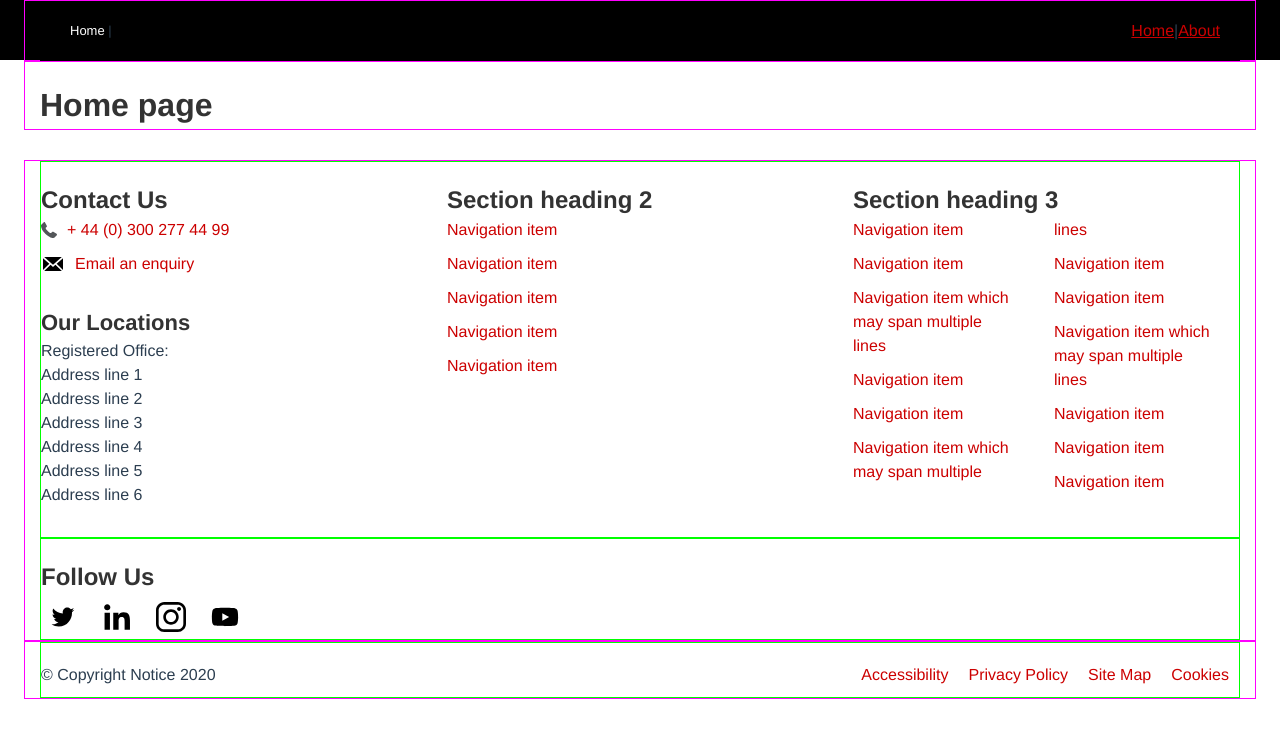
Repository: DaveBaulch/spa
Page: /
These files come from the project's save history. The page is drawn as it stood at one moment and after a run of saves; the edit follows.
The browser window is 1280 px wide. The pictures show the whole page.
The project was rebuilt for these pictures with package versions that can differ from the ones it lists, and the page was loaded fresh each time. Also part of the build but not shown: src/assets/styles/main.css.

Above is the page before, as saved 2020-10-13 12:25:43.

### src/App.vue
<template>
  <div id="app">

    <TheHeader @sidenavToggle="displaySidenav = !displaySidenav" />
    <TheSidenav
      :show="displaySidenav"
      @close="displaySidenav = false" />
    <nuxt/>

    <router-view />

    <TheFooter />

  </div>
</template>

<script>
import TheHeader from './components/global/TheHeader.vue';
import TheSidenav from '@/components/global/TheSidenav'
import TheFooter from '@/components/global/TheFooter'

export default {
  components: {
    TheHeader,
    TheSidenav,
    TheFooter
  },
  data() {
    return {
      displaySidenav: false
    }
  }
};
</script>

<style lang="scss">
#app {
  font-family: Avenir, Helvetica, Arial, sans-serif;
  -webkit-font-smoothing: antialiased;
  -moz-osx-font-smoothing: grayscale;
  text-align: left;
  color: #2c3e50;
}

#nav {
  padding: 30px;

  a {
    font-weight: bold;
    color: #2c3e50;

    &.router-link-exact-active {
      color: #42b983;
    }
  }
}
</style>

### src/assets/sass/_base-styles.scss

@import 'utilities/variables';
@import 'utilities/mixins';
@import 'utilities/animations';

@import 'base/fonts';
@import 'base/resets';
@import 'base/elements';
@import 'base/typography';
@import 'base/forms';

@import 'helpers/text';
@import 'helpers/layout';
@import 'helpers/spacing';
@import 'helpers/colors';

### src/components/global/TheHeader.vue
<template>
<div class="header-container">
  <div class="container">
    <header class="the-header">
      <TheSideNavToggle @toggle="$emit('sidenavToggle')" />
      <div class="logo">
        <router-link to="/">Home</router-link> |
      </div>
      <div class="navigation-items">
        <ul class="nav-list">
          <router-link to="/">Home</router-link> |
          <router-link to="/about">About</router-link>
        </ul>
      </div>
    </header>
  </div>
</div>
</template>

<script>
import TheSideNavToggle from "@/components/global/TheSideNavToggle";

export default {
  name: "TheHeader",
  components: {
    TheSideNavToggle
  }
};
</script>

<style scoped lang="scss">
@import '../../assets/sass/utilities/_variables.scss';
@import '../../assets/sass/utilities/_mixins.scss';


.header-container {
  width: 100%;
  height: 60px;
  background-color: $black;
  position: fixed;
  z-index: 100;

  @include breakpoint(md) {
    position: relative;
  }
}

.the-header {
  width: 100%;
  height: 60px;
  display: flex;
  justify-content: space-between;
  align-items: center;
  background-color: $black;
  box-sizing: border-box;
  padding: 0 20px;
}

@include breakpoint(md) {
  .the-header {
    position: relative;
  }
}

.logo {
  margin: 0 10px;
  font-size: 1.3rem;
}

.logo a {
  text-decoration: none;
  color: $white;
}

.navigation-items {
  display: none;
}

@include breakpoint(md) {
  .navigation-items {
    display: block;
  }
}

.nav-list {
  list-style: none;
  padding: 0;
  margin: 0;
  display: flex;
}

.nav-item {
  margin: 0 10px;
}

.nav-item a {
  text-decoration: none;
  color: $white;
}

</style>

### src/components/global/TheSidenav.vue
<template>
<div class="sidenav-container">
  <div
    v-if="show"
    class="sidenav-backdrop"
    @click="$emit('close')"></div>
  <transition name="slide-side">
    <div
      v-if="show"
      class="sidenav">
      <ul
        class="nav-list"
        @click="$emit('close')">
        <li class="nav-item"><router-link to="/">Home</router-link></li>
        <li class="nav-item"><router-link to="/about">About</router-link></li>
      </ul>
    </div>
  </transition>
</div>
</template>

<script>
export default {
  name: "TheSidenav",
  props: {
    show: {
      type: Boolean,
      default: false
    }
  }
};
</script>


<style scoped>
.sidenav-container {
  height: 100%;
  width: 100%;
}

.sidenav-backdrop {
  width: 100%;
  height: 100%;
  background-color: rgba(0, 0, 0, 0.7);
  z-index: 1000;
  position: fixed;
  top: 0;
  left: 0;
}

.sidenav {
  height: 100%;
  width: 300px;
  background-color: white;
  z-index: 10000;
  position: fixed;
  top: 0;
  left: 0;
  box-sizing: border-box;
  padding: 30px;
}

.slide-side-enter-active,
.slide-side-leave-active {
  transition: all 0.3s ease-out;
}
.slide-side-enter,
.slide-side-leave-to {
  transform: translateX(-100%);
}

.nav-list {
  list-style: none;
  padding: 0;
  margin: 0;
}

.nav-item {
  margin: 20px 0;
}

.nav-item a {
  text-decoration: none;
  color: black;
  font-size: 1.5rem;
}

.nav-item a:hover,
.nav-item a:active {
  color: red;
}
</style>

### src/components/global/TheFooter.vue
<template>
    <div class="footer-wrapper">

      <footer class="footer" id="footer" role="contentinfo">

        <div class="container">

          <div class="row">

            <div class="footer__col footer__col--1">

              <div class="footer__sub1">
                <h2>Contact Us</h2>

                <nav aria-label="Contact items">

                  <ul class="footer-nav">

                    <li class="footer-nav__item">
                      <img src="@/assets/images/svg/icon-phone.svg" class="footer-nav__item-icon" />
                      <a href="tel:+44(0)3002774499" class="footer-nav__link">+ 44 (0) 300 277 44 99</a>
                    </li>

                    <li class="footer-nav__item">
                      <img src="@/assets/images/svg/icon-mail.svg" class="footer-nav__item-icon" />
                      <a href="mailto:" class="footer-nav__link">Email an enquiry</a>
                    </li>

                  </ul>

                </nav>

              </div>

              <div class="footer__sub2">
                <h3>Our Locations</h3>
                Registered Office:<br>
                Address line 1<br>
                Address line 2<br>
                Address line 3<br>
                Address line 4<br>
                Address line 5<br>
                Address line 6<br>
              </div>

            </div>

            <div class="footer__col footer__col--2">

              <h2>Section heading 2</h2>
              <nav aria-label="Section heading 2 Navigation">
                <ol class="footer-nav">
                  <li class="footer-nav__item">
                    <a href="" class="footer-nav__link">Navigation item</a>
                  </li>
                  <li class="footer-nav__item">
                    <a href="" class="footer-nav__link">Navigation item</a>
                  </li>
                  <li class="footer-nav__item">
                    <a href="" class="footer-nav__link">Navigation item</a>
                  </li>
                  <li class="footer-nav__item">
                    <a href="" class="footer-nav__link">Navigation item</a>
                  </li>
                  <li class="footer-nav__item">
                    <a href="" class="footer-nav__link">Navigation item</a>
                  </li>
                </ol>
              </nav>

            </div>

            <div class="footer__col footer__col--3">

              <h2>Section heading 3</h2>
              <nav aria-label="Section heading 3 Navigation">
                <ol class="footer-nav footer-nav--2col">
                  <li class="footer-nav__item">
                    <a href="" class="footer-nav__link">Navigation item</a>
                  </li>
                  <li class="footer-nav__item">
                    <a href="" class="footer-nav__link">Navigation item</a>
                  </li>
                  <li class="footer-nav__item">
                    <a href="" class="footer-nav__link">Navigation item which may span multiple lines</a>
                  </li>
                  <li class="footer-nav__item">
                    <a href="" class="footer-nav__link">Navigation item</a>
                  </li>
                  <li class="footer-nav__item">
                    <a href="" class="footer-nav__link">Navigation item</a>
                  </li>
                  <li class="footer-nav__item">
                    <a href="" class="footer-nav__link">Navigation item which may span multiple lines</a>
                  </li>
                  <li class="footer-nav__item">
                    <a href="" class="footer-nav__link">Navigation item</a>
                  </li>
                  <li class="footer-nav__item">
                    <a href="" class="footer-nav__link">Navigation item</a>
                  </li>
                  <li class="footer-nav__item">
                    <a href="" class="footer-nav__link">Navigation item which may span multiple lines</a>
                  </li>
                  <li class="footer-nav__item">
                    <a href="" class="footer-nav__link">Navigation item</a>
                  </li>
                  <li class="footer-nav__item">
                    <a href="" class="footer-nav__link">Navigation item</a>
                  </li>
                  <li class="footer-nav__item">
                    <a href="" class="footer-nav__link">Navigation item</a>
                  </li>
                </ol>
              </nav>

            </div>

          </div>

          <div class="row">

            <TheSocialSharing />

          </div>

        </div>


        <div class="container">

          <div class="row">

            <div class="copyright-notice-wrapper">
              <p class="copyright-notice">&copy; Copyright Notice 2020</p>
            </div>

            <div class="footer-links-wrapper">

              <ul class="footer-links">
                <li class="footer-links__item"><a href="/contact-us/" class="footer-links__link">Accessibility</a></li>
                <li class="footer-links__item"><a href="/privacy-policy/" class="footer-links__link">Privacy Policy</a></li>
                <li class="footer-links__item"><a href="/site-map/" class="footer-links__link">Site Map</a></li>
                <li class="footer-links__item"><a href="/faqs/" class="footer-links__link">Cookies</a></li>
              </ul>

            </div>

          </div>

        </div>

      </footer>

    </div>
</template>

<script>
import TheSocialSharing from '@/components/global/TheSocialSharing.vue';

export default {
  name: "TheFooter",
  components: {
    TheSocialSharing
  }
};
</script>


<style scoped lang="scss">
@import '../../assets/sass/utilities/_variables.scss';
@import '../../assets/sass/utilities/_mixins.scss';

footer-wrapper {
  background-color: $grey-lighter;
}

.footer {
  margin: 0 auto;
  padding: 3rem 0;
}

.footer__col {
  margin: 0 0 2rem 0;
}

.footer__col--1 {
  grid-column: 1 / 13;

  @include breakpoint(sm) {
    grid-column: 1 / 7;
  }

  @include breakpoint(lg) {
    grid-column: 1 / 5;
  }
}

.footer__col--2 {
  grid-column: 1 / 13;

  @include breakpoint(sm) {
   grid-column: 7 / 13;
  }

  @include breakpoint(lg) {
    grid-column: 5 / 9;
  }
}

.footer__col--3 {
  grid-column: 1 / 13;

  @include breakpoint(lg) {
    grid-column: 9 / 13;
  }
}

.footer__sub1 {
  margin: 0 0 3rem 0;
}

.footer__sub2 {
  margin: 0 0 1rem 0;
}

// footer nav lists
.footer-nav {
  margin: 0 auto;
  list-style: none;
}

.footer-nav__item {
  margin: 0 0 1rem 0;
  padding: 0;
  display: flex;
}

.footer-nav__item-icon {
  margin-right: 1rem;
}

.footer-nav__link {
  text-decoration: none;

  &:hover,
  &:focus {
    color: $color-link-hover;
    text-decoration: underline;
  }
}

.footer-nav--2col {

  @include breakpoint(md) {
    column-count: 2;
  }

  .footer-nav__item {
    @include breakpoint(md) {
      padding: 0 2rem 0 0;
    }
  }

  .footer-nav__item-icon {
    margin-right: 1rem;
  }
}

.copyright-notice-wrapper{
  grid-column: 1 / 13;

  @include breakpoint(lg) {
    grid-column: 1 / 4;
  }
}


.footer-links-wrapper {
  grid-column: 1 / 13;

  @include breakpoint(lg) {
    grid-column: 4 / 13;
  }
}

.footer-links {
  margin: 0 auto;
  list-style: none;

  @include breakpoint(lg) {
    display: flex;
    justify-content: flex-end;
    margin-top: 2rem;
  }
}

.footer-links__item {
  margin: 0 1rem 1rem 1rem;
}

.footer-links__link {
  display: block;
  text-decoration: none;

  &:hover,
  &:focus {
    color: $color-link-hover;
    text-decoration: underline;
  }
}

</style>

### src/views/Home.vue
<template>
  <div class="container home">
    <!-- <img alt="Vue logo" src="../assets/logo.png" />
    <HelloWorld msg="Welcome to Your Vue.js App" /> -->
    <h1>Home page</h1>
  </div>
</template>

<script>
// @ is an alias to /src
// import HelloWorld from "@/components/HelloWorld.vue";

export default {
  name: "Home",
  components: {
    // HelloWorld
  }
};
</script>

### src/assets/sass/utilities/_variables.scss
// -------------------------
// 'true' is default
//  setting this creates extra responsive classes targetting defined breakpoints
//  eg the 'visually-hidden' mixin
$responsive: true !default;

// Custom 'brand' fonts
$font: 'Open Sans', sans-serif; //Available weights 400,600,700

$font-weight-light: 400;
$font-weight-normal: 400;
$font-weight-bold: 700;

// Let's set the base font size to 62.5% (10px) for easier calculations
$base-font-size: 62.5%;
$base-line-height: 1.5 !default;

$body-font-desktop: 1.6rem; // = 16px
$body-font-mobile: 1.6rem; // = 16px

// Breakpoints
// -------------------------

// Named breakpoints
$breakpoint-xs: 320px;
$breakpoint-sm: 576px;
$breakpoint-md: 768px;
$breakpoint-lg: 992px;
$breakpoint-xl: 1200px;

$xs-min: 0;
$xs-max: ($breakpoint-sm - 1);

$sm-min: $breakpoint-sm;
$sm-max: ($breakpoint-md - 1);

$md-min: $breakpoint-md;
$md-max: ($breakpoint-lg - 1);

$lg-min: $breakpoint-lg;
$lg-max: ($breakpoint-xl - 1);

$xl-min: $breakpoint-xl;

// Colors
// -------------------------

// Base colors
$white: #fff;
$black: #000;

$grey-dark: #616161;
$grey-light: #ddd;
$grey-lighter: #eee;

$blue: #06c;
$green: #298700;
$red: #db1731;

// Background color
$body-bg-color: #fff !default;

// Brand colors
$brand-color-1: $grey-light;

// Text colors
$color-text: #333;
$color-headings: #333;
$color-error: #eee;

// Link colors
$color-link-active: #c00;
$color-link-visited: #c00;
$color-link-hover: #333;
$color-link-focus: #d4d4d4;
$color-link-disabled: #d4d4d4;

// Form colors
$color-invalid: #f0dddd;

// Borders
// -------------------------

// Border colors
$color-border: $grey-light;
$color-border-dark: $grey-dark;
$color-border-light: $grey-lighter;

// Border styling
$border-radius: 5px;
$border-width: 1px;
$border-style: solid;
$border-color: $color-border;

$border: $border-width $border-style $border-color;

// Focus state styling
$focus-outline-width: 2px;
$focus-outline-style: solid;
$focus-outline-color: $red;
$focus-outline: $focus-outline-width $focus-outline-style $focus-outline-color;
$focus-outline-offset: 0;

// Default projext transitions
$transition-speed: 0.4s;
$transition-easing: ease;

// some different speed variables
$transition-speed-slow: 1.2s;
$transition-speed-medium: 0.8s;
$transition-speed-fast: 0.2s;

// z-index scale (private vars)
// Do not edit the z-index scale!
// --------------------------------------------------
$z-index-1: 100;
$z-index-2: 200;
$z-index-3: 300;
$z-index-4: 400;
$z-index-5: 500;
$z-index-6: 600;
$z-index-7: 700;
$z-index-8: 800;
$z-index-9: 900;
$z-index-10: 1000;

### src/assets/sass/utilities/_mixins.scss
@mixin fill {
  width: 100%;
  height: 100%;
}

@mixin imageCover {
  object-fit: cover;
  @include fill;
}

@mixin absoluteFill {
  display: block;
  position: absolute;
  top: 0;
  left: 0;
  @include fill;
}

@mixin textGradient($top: $brand-primary, $bottom: $brand-light) {
  background: linear-gradient($top, $bottom);
  background-clip: text;
  -webkit-text-fill-color: transparent;
}

// accessible text
@mixin sr-only {
  border: 0 !important;

  height: 1px !important;
  margin: (-1px) !important;
  overflow: hidden !important;
  padding: 0 !important;
  position: absolute !important;
  width: 1px !important;
}

// breakpoints
// uses breakpoints defined in variables.scss
@mixin breakpoint($point, $value: 0) {
  @if $point==xs {
    @media screen and (max-width: $xs-max) {
      @content;
    }
  } @else if $point==sm {
    @media screen and (min-width: $sm-min) {
      @content;
    }
  } @else if $point==md {
    @media screen and (min-width: $md-min) {
      @content;
    }
  } @else if $point==lg {
    @media screen and (min-width: $lg-min) {
      @content;
    }
  } @else if $point==xl {
    @media screen and (min-width: $xl-min) {
      @content;
    }
  } @else {
    @media screen and ($point: $value) {
      @content;
    }
  }
}

@mixin between-breakpoints($min, $max) {
  @media screen and (min-width: $min) and (max-width: $max) {
    @content;
  }
}

@mixin full-width {
  width: 100vw;
  position: relative;
  left: 50%;
  right: 50%;
  margin-left: -50vw;
  margin-right: -50vw;
}

### src/assets/sass/utilities/_animations.scss
@keyframes fadeIn {
    from {
      opacity: 0;
      visibility: hidden;
    }
    to {
      opacity: 1;
      visibility: visible;
    }
  }

@keyframes fadeOut {
    from {
      opacity: 1;
      visibility: visible;
    }
    to {
      opacity: 0;
      visibility: hidden;
    }
  }

@keyframes slideTop {
  0% {
    transform: translateY(100px);
  }
  100% {
    transform: translateY(0);
  }
}

@mixin fadeIn($duration: 0.3s) {
  animation: {
    name: fadeIn;
    fill-mode: forwards;
    duration: #{$duration};
  }
}

@mixin fadeOut($duration: 0.3s) {
  animation: {
    name: fadeOut;
    fill-mode: forwards;
    duration: #{$duration};
  }
}

### src/assets/sass/base/_fonts.scss
// @font-face {
//   font-family: 'hurme';
//   src: url('~assets/fonts/hurme/hurme-light.otf') format('opentype');
//   font-weight: $font-weight-light;
// }

// @font-face {
//   font-family: 'hurme';
//   src: url('~assets/fonts/hurme/hurme-regular.otf') format('opentype');
//   font-weight: $font-weight-normal;
// }

// @font-face {
//   font-family: 'hurme';
//   src: url('~assets/fonts/hurme/hurme-semiBold.otf') format('opentype');
//   font-weight: $font-weight-bold;
// }

### src/assets/sass/base/_resets.scss
html {
  //Prevent iOS input highlighting
  box-sizing: border-box;
  font-size: $base-font-size;
  -webkit-tap-highlight-color: rgba(0, 0, 0, 0);
}

body {
  -moz-osx-font-smoothing: grayscale;
  -webkit-font-smoothing: antialiased;
  background-color: $body-bg-color;
  color: $color-text;
  font-size: $body-font-mobile;
  line-height: $base-line-height;
  text-align: left;
  margin: 0;
  padding: 0;
  font-weight: $font-weight-light;

  @include breakpoint(lg) {
    font-size: $body-font-desktop;
  }
}

html,
body {
  max-width: 100% !important;
  overflow-x: hidden !important;
}

img {
  display: block;
  height: auto;
  -ms-interpolation-mode: bicubic;
  // option to make images responsive by default
  max-width: 100%;
}

### src/assets/sass/base/_elements.scss
button {
  cursor: pointer;
  margin: 0;
}

img {
  max-width: 100%;
  pointer-events: none;

  &:not([src]) {
    visibility: hidden;
  }
}

a {
  text-decoration: none;
  color: inherit;
}

ul:not([class]) {
  list-style: disc;
}

ol:not([class]) {
  list-style: decimal;
}

### src/assets/sass/base/_typography.scss
body {
  font-family: $font;
  font-weight: $font-weight-normal;
}

// Generic heading styling

h1,
h2,
h3,
h4,
h5 {
  margin: 0;
  padding: 0;
  margin-top: 2rem;
  color: $color-headings;
  font-weight: $font-weight-bold;
}

h1 {
  font-size: 3rem;

  @include breakpoint(lg) {
    font-size: 3.2rem;
  }
}

h2 {
  font-size: 2.2rem;

  @include breakpoint(lg) {
    font-size: 2.4rem;
  }
}

h3 {
  font-size: 2rem;

  @include breakpoint(lg) {
    font-size: 2.2rem;
  }
}

h4 {
  font-size: 1.8rem;

  @include breakpoint(lg) {
    font-size: 2rem;
  }
}

h5 {
  font-size: 1.6rem;

  @include breakpoint(lg) {
    font-size: 1.8rem;
  }
}

// Link styles

a {
  color: $color-link-active;
  text-decoration: underline;
}

a:visited {
  color: $color-link-visited;
}

a:hover {
  color: $color-link-hover;
}

a:focus {
  color: $color-link-hover;
  outline: $focus-outline;
}

// Standard text paragraphs

p {
  margin: 2rem 0 0 0;
  padding: 0;
}

// List styles
ol,
ul {
  margin: 0;
  padding: 0;
  list-style: none;

  &:not([class]) {
    margin: 0 1.22rem 0.8rem 1.5rem;
    list-style-position: inside;
  }
}

ol:not([class]) {
  list-style-type: decimal;
}

ul:not([class]) {
  list-style-type: disc;
}

// Definition list styles

dl {
}

dt {
  font-weight: bold;
}

// Opinionated styling of typographic elements

hr {
  height: 1px;
  margin: 1em 0;
  padding: 0;
  display: block;
  border: 0;
  border-top: 1px solid $grey-light;
}

blockquote {
  margin: 0;
  padding: 0 10px;
}

ins {
  background: $red;
  color: $black;
  text-decoration: none;
}

mark {
  font-style: italic;
  font-weight: bold;
}

pre {
  white-space: pre-wrap;
  word-wrap: break-word;
}

### src/assets/sass/helpers/_text.scss
.uppercase {
  text-transform: uppercase;
}

.font-light {
  font-weight: $font-weight-light;
}

.font-normal {
  font-weight: $font-weight-normal;
}

.font-bold {
  font-weight: $font-weight-bold;
}

.sr-only {
  @include sr-only;
}

### src/assets/sass/helpers/_layout.scss
.container {
  width: 100%;
  max-width: 1200px;
  margin: 0 auto;
  padding: 0;
  position: relative;
  border: 1px solid #f0f;
  padding: 0 15px;
}

.row {
  display: grid;
  grid-template-columns: repeat(12, 1fr);
  grid-gap: 20px;
  border: 1px solid lime;
}

### src/assets/sass/helpers/_spacing.scss
.no-padding {
  padding: 0;
}

.no-margin {
  margin: 0;
}

### src/assets/sass/helpers/_colors.scss
// .bg-white {
//   background-color: $brand-white;
// }
// .bg-white-alt {
//   background-color: $brand-white-alt;
// }
// .bg-black {
//   background-color: $brand-black;
// }
// .bg-primary {
//   background-color: $brand-primary;
// }
// .bg-primary-alt {
//   background-color: $brand-primary-alt;
// }
// .bg-dark {
//   background-color: $brand-dark;
// }
// .bg-dark-alt {
//   background-color: $brand-dark-alt;
// }
// .bg-light {
//   background-color: $brand-lightest;
// }
// .bg-light-alt {
//   background-color: $brand-light-alt;
// }

### src/components/global/TheSocialSharing.vue
<template>
  <div class="social-links-wrapper">
    <h2 class="social-links-title">Follow Us</h2>
    <ul class="social-links">
      <li class="social-links__item">
        <TheSocialSharingItem>
          <img src="@/assets/images/svg/icon-twitter.svg" width="30" height="30" />
          <span class="sr-only">Twitter</span>
        </TheSocialSharingItem>
      </li>
      <li class="social-links__item">
        <TheSocialSharingItem>
          <img src="@/assets/images/svg/icon-linkedin.svg" width="30" height="30" />
          <span class="sr-only">LinkedIn</span>
        </TheSocialSharingItem>
      </li>
      <li class="social-links__item">
        <TheSocialSharingItem>
          <img src="@/assets/images/svg/icon-instagram.svg" width="30" height="30" />
          <span class="sr-only">Instagram</span>
        </TheSocialSharingItem>
      </li>
      <li class="social-links__item">
        <TheSocialSharingItem href="https://www.youtube.com/">
          <img src="@/assets/images/svg/icon-youtube.svg" width="30" height="30" />
          <span class="sr-only">You Tube</span>
        </TheSocialSharingItem>
      </li>
    </ul>
  </div>
</template>

<script>
import TheSocialSharingItem from "@/components/global/TheSocialSharingItem";

export default {
  name: "TheSocialSharing",
  components: {
    TheSocialSharingItem,
  },
  data() {
  },
};
</script>

<style scoped lang="scss">
@import '../../assets/sass/utilities/_variables.scss';

.social-links {
  margin: 0 auto;
  list-style: none;
  display: flex;
}

.social-links__item {
  margin: 0 1rem 0 0;
}

</style>

### src/components/global/TheSocialSharingItem.vue
<template>
  <a :href="href"
    class="social-sharing-item"
    ><slot /></a>
</template>

<script>
export default {
  name: 'TheSocialSharingItem',
  props: {
    href: {
      type: String,
      default: ''
    }
  }
}
</script>


<style scoped lang="scss">
@import '../../assets/sass/utilities/_variables.scss';

.social-sharing-item {
  display: flex;
  align-items: center;
  justify-content: center;
  width: 44px;
  height: 44px;

  &:hover,
  &:focus {
    color: $color-link-hover;
    text-decoration: underline;
  }
}
</style>

Loaded but not shown: public/index.html (common file); src/registerServiceWorker.js (common file); src/router/index.js (common file); src/store/index.js (common file); src/components/global/TheSideNavToggle.vue (common file); src/main.js (17 lines, source omitted); src/assets/sass/base/_forms.scss (498 lines, source omitted)

After the next 2 saves:
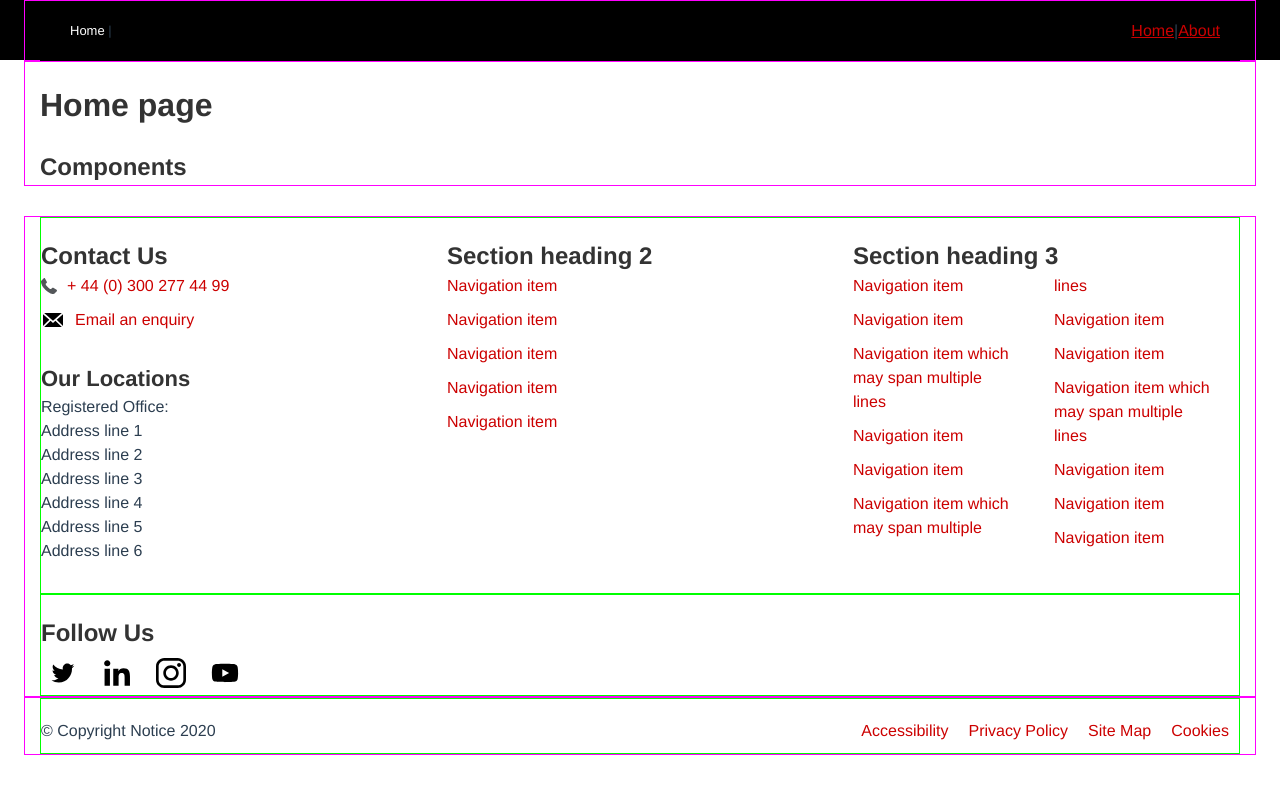
The 2 saves are shown as one change because they came seconds apart.
The last was saved 43 s later.
--- a/src/views/Home.vue
+++ b/src/views/Home.vue
@@ -3,6 +3,10 @@
     <!-- <img alt="Vue logo" src="../assets/logo.png" />
     <HelloWorld msg="Welcome to Your Vue.js App" /> -->
     <h1>Home page</h1>
+
+    <h2>Components</h2>
+
+
   </div>
 </template>
 
